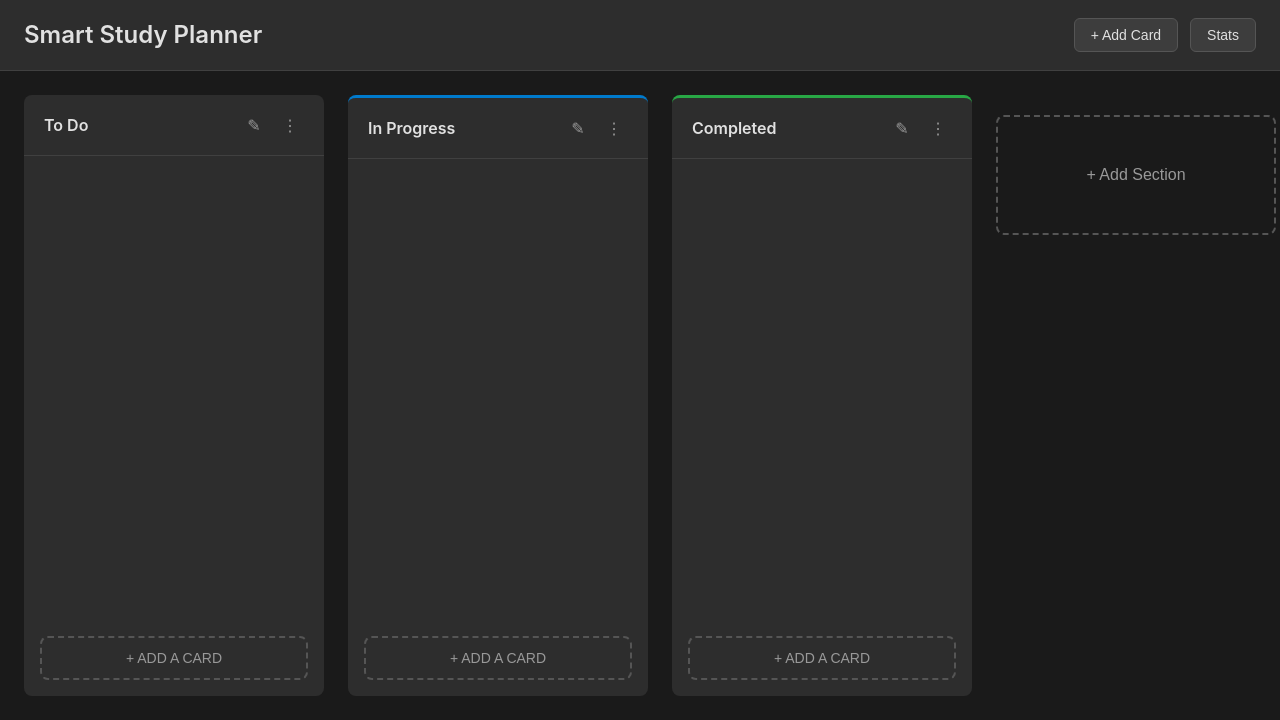
Repository: P7XCKD/edunetwebdev
Page: index.html
These files come from the project's save history. The page is drawn as it stood at one moment and after the next save; the edit follows.
The browser window is 1280 px wide. The pictures show the whole page.

Above is the page before, as saved 2025-09-10 17:53:07.

### index.html
<!DOCTYPE html>
<html lang="en">
<head>
    <meta charset="UTF-8">
    <meta name="viewport" content="width=device-width, initial-scale=1.0">
    <title>Smart Study Planner</title>
    <link rel="stylesheet" href="style.css">
</head>
<body>
    <div class="app-container">
        <header class="app-header">
            <h1>Smart Study Planner</h1>
            <div class="header-actions">
                <button id="addCardBtn" class="add-card-btn">+ Add Card</button>
                <button id="statsBtn" class="stats-btn">Stats</button>
            </div>
        </header>

        <main class="kanban-board" id="kanbanBoard">
            <!-- Columns will be dynamically generated -->
            <div class="add-column-section">
                <button class="add-column-btn" id="addColumnBtn">+ Add Section</button>
            </div>
        </main>
    </div>

    <!-- Column Edit Modal -->
    <div id="columnModal" class="modal">
        <div class="modal-content">
            <div class="modal-header">
                <h2 id="columnModalTitle">Add New Section</h2>
                <button class="close-btn" id="closeColumnModal">&times;</button>
            </div>
            <div class="modal-body">
                <form id="columnForm">
                    <div class="form-group">
                        <label for="columnName">Section Name *</label>
                        <input type="text" id="columnName" placeholder="e.g., To Do, In Progress, Review" required>
                    </div>

                    <div class="form-group">
                        <label for="columnColor">Section Color</label>
                        <select id="columnColor">
                            <option value="default">Default (Gray)</option>
                            <option value="blue">Blue</option>
                            <option value="green">Green</option>
                            <option value="orange">Orange</option>
                            <option value="purple">Purple</option>
                            <option value="red">Red</option>
                            <option value="teal">Teal</option>
                            <option value="pink">Pink</option>
                        </select>
                    </div>
                </form>
            </div>
            <div class="modal-footer">
                <button type="button" id="deleteColumn" class="delete-btn">DELETE SECTION</button>
                <div class="modal-actions">
                    <button type="button" id="cancelColumn" class="cancel-btn">CANCEL</button>
                    <button type="button" id="saveColumn" class="save-btn">SAVE</button>
                </div>
            </div>
        </div>
    </div>

    <!-- Card Modal -->
    <div id="cardModal" class="modal">
        <div class="modal-content">
            <div class="modal-header">
                <h2 id="modalTitle">Card Details</h2>
                <button class="close-btn" id="closeModal">&times;</button>
            </div>
            <div class="modal-body">
                <form id="cardForm">
                    <div class="form-group">
                        <label for="cardTitle">Title *</label>
                        <input type="text" id="cardTitle" required>
                    </div>

                    <div class="form-row">
                        <div class="form-group">
                            <label for="cardDueDate">Due date</label>
                            <input type="date" id="cardDueDate">
                        </div>
                        <div class="form-group">
                            <label for="cardPriority">Priority</label>
                            <select id="cardPriority">
                                <option value="low">Low</option>
                                <option value="medium" selected>Medium</option>
                                <option value="high">High</option>
                            </select>
                        </div>
                    </div>

                    <div class="form-group">
                        <label for="cardSubject">Subject</label>
                        <input type="text" id="cardSubject" placeholder="e.g., Mathematics, Physics">
                    </div>

                    <div class="form-group">
                        <label for="cardDescription">Description</label>
                        <textarea id="cardDescription" rows="4" placeholder="Add your study notes here..."></textarea>
                    </div>
                </form>
            </div>
            <div class="modal-footer">
                <button type="button" id="deleteCard" class="delete-btn">DELETE</button>
                <div class="modal-actions">
                    <button type="button" id="cancelCard" class="cancel-btn">CANCEL</button>
                    <button type="button" id="saveCard" class="save-btn">SAVE</button>
                </div>
            </div>
        </div>
    </div>

    <!-- Stats Modal -->
    <div id="statsModal" class="modal">
        <div class="modal-content">
            <div class="modal-header">
                <h2>Progress Statistics</h2>
                <button class="close-btn" id="closeStatsModal">&times;</button>
            </div>
            <div class="modal-body">
                <div class="stats-grid">
                    <div class="stat-card">
                        <div class="stat-number" id="totalCards">0</div>
                        <div class="stat-label">Total Cards</div>
                    </div>
                    <div class="stat-card">
                        <div class="stat-number" id="todoCards">0</div>
                        <div class="stat-label">To Do</div>
                    </div>
                    <div class="stat-card">
                        <div class="stat-number" id="inProgressCards">0</div>
                        <div class="stat-label">In Progress</div>
                    </div>
                    <div class="stat-card">
                        <div class="stat-number" id="completedCards">0</div>
                        <div class="stat-label">Completed</div>
                    </div>
                    <div class="stat-card">
                        <div class="stat-number" id="overdueCards">0</div>
                        <div class="stat-label">Overdue</div>
                    </div>
                </div>
            </div>
        </div>
    </div>

    <script src="script.js"></script>
</body>
</html>

### style.css
/* Dark theme CSS inspired by NotesHub */
* {
    margin: 0;
    padding: 0;
    box-sizing: border-box;
}

body {
    font-family: -apple-system, BlinkMacSystemFont, 'Segoe UI', Roboto, sans-serif;
    background-color: #1a1a1a;
    color: #e1e1e1;
    line-height: 1.6;
}

.app-container {
    min-height: 100vh;
    display: flex;
    flex-direction: column;
}

/* Header */
.app-header {
    background-color: #2d2d2d;
    padding: 16px 24px;
    border-bottom: 1px solid #404040;
    display: flex;
    justify-content: space-between;
    align-items: center;
}

.app-header h1 {
    color: #e1e1e1;
    font-size: 24px;
    font-weight: 600;
}

.header-actions {
    display: flex;
    gap: 12px;
}

.add-card-btn, .stats-btn {
    background-color: #3d3d3d;
    color: #e1e1e1;
    border: 1px solid #555;
    padding: 8px 16px;
    border-radius: 6px;
    cursor: pointer;
    font-size: 14px;
    transition: background-color 0.2s;
}

.add-card-btn:hover, .stats-btn:hover {
    background-color: #4d4d4d;
}

/* Kanban Board */
.kanban-board {
    flex: 1;
    display: flex;
    gap: 24px;
    padding: 24px;
    overflow-x: auto;
    min-height: calc(100vh - 80px);
}

.board-column {
    min-width: 300px;
    background-color: #2d2d2d;
    border-radius: 8px;
    display: flex;
    flex-direction: column;
}

/* Column Colors */
.board-column.color-blue { border-top: 3px solid #007acc; }
.board-column.color-green { border-top: 3px solid #28a745; }
.board-column.color-orange { border-top: 3px solid #ffa726; }
.board-column.color-purple { border-top: 3px solid #8e24aa; }
.board-column.color-red { border-top: 3px solid #dc3545; }
.board-column.color-teal { border-top: 3px solid #20c997; }
.board-column.color-pink { border-top: 3px solid #e91e63; }

.column-header {
    padding: 16px 20px;
    border-bottom: 1px solid #404040;
    display: flex;
    justify-content: space-between;
    align-items: center;
}

.column-header h3 {
    color: #e1e1e1;
    font-size: 16px;
    font-weight: 600;
    margin: 0;
    flex: 1;
}

.column-header-actions {
    display: flex;
    gap: 8px;
}

.column-menu-btn, .column-edit-btn {
    background: none;
    border: none;
    color: #999;
    cursor: pointer;
    font-size: 16px;
    padding: 4px;
    border-radius: 4px;
    width: 28px;
    height: 28px;
    display: flex;
    align-items: center;
    justify-content: center;
}

.column-menu-btn:hover, .column-edit-btn:hover {
    background-color: #404040;
    color: #e1e1e1;
}

.column-content {
    flex: 1;
    padding: 16px;
    display: flex;
    flex-direction: column;
    gap: 12px;
}

/* Add Column Section */
.add-column-section {
    min-width: 280px;
    display: flex;
    align-items: flex-start;
    padding-top: 20px;
}

.add-column-btn {
    background: none;
    border: 2px dashed #555;
    color: #999;
    padding: 20px;
    border-radius: 8px;
    cursor: pointer;
    font-size: 16px;
    font-weight: 500;
    width: 100%;
    min-height: 120px;
    transition: all 0.2s;
    display: flex;
    align-items: center;
    justify-content: center;
}

.add-column-btn:hover {
    border-color: #777;
    color: #e1e1e1;
    background-color: #2d2d2d;
}

/* Column Context Menu */
.column-context-menu {
    position: absolute;
    background: #3d3d3d;
    border: 1px solid #555;
    border-radius: 6px;
    padding: 8px 0;
    z-index: 1001;
    min-width: 180px;
    box-shadow: 0 4px 12px rgba(0,0,0,0.3);
}

.column-context-menu-item {
    padding: 10px 16px;
    color: #e1e1e1;
    cursor: pointer;
    font-size: 14px;
    display: flex;
    align-items: center;
    gap: 8px;
}

.column-context-menu-item:hover {
    background-color: #4d4d4d;
}

.column-context-menu-item.danger {
    color: #ff6b6b;
}

.column-context-menu-item.danger:hover {
    background-color: #ff6b6b20;
}

/* Study Cards */
.study-card {
    background-color: #3d3d3d;
    border: 1px solid #555;
    border-radius: 8px;
    padding: 16px;
    cursor: pointer;
    transition: all 0.2s;
}

.study-card:hover {
    background-color: #4d4d4d;
    border-color: #666;
}

.card-title {
    font-size: 16px;
    font-weight: 600;
    color: #e1e1e1;
    margin-bottom: 8px;
}

.card-meta {
    display: flex;
    align-items: center;
    gap: 8px;
    margin-bottom: 8px;
    flex-wrap: wrap;
}

.card-subject {
    background-color: #555;
    color: #e1e1e1;
    padding: 2px 8px;
    border-radius: 12px;
    font-size: 12px;
    font-weight: 500;
}

.card-due-date {
    display: flex;
    align-items: center;
    gap: 4px;
    color: #999;
    font-size: 12px;
}

.card-due-date.overdue {
    color: #ff6b6b;
    background-color: #ff6b6b20;
    padding: 2px 6px;
    border-radius: 4px;
}

.card-due-date.tomorrow {
    color: #ffa500;
    background-color: #ffa50020;
    padding: 2px 6px;
    border-radius: 4px;
}

.priority-tag {
    font-size: 10px;
    padding: 2px 6px;
    border-radius: 8px;
    font-weight: 600;
    text-transform: uppercase;
}

.priority-high {
    background-color: #ff4757;
    color: white;
}

.priority-medium {
    background-color: #ffa726;
    color: white;
}

.priority-low {
    background-color: #66bb6a;
    color: white;
}

.card-description {
    color: #bbb;
    font-size: 14px;
    line-height: 1.4;
    margin-top: 8px;
}

/* Add Card Button */
.add-card-column-btn {
    background: none;
    border: 2px dashed #555;
    color: #999;
    padding: 12px;
    border-radius: 8px;
    cursor: pointer;
    font-size: 14px;
    transition: all 0.2s;
    margin-top: auto;
}

.add-card-column-btn:hover {
    border-color: #777;
    color: #e1e1e1;
    background-color: #3d3d3d;
}

/* Modal Styles */
.modal {
    display: none;
    position: fixed;
    top: 0;
    left: 0;
    width: 100%;
    height: 100%;
    background-color: rgba(0, 0, 0, 0.7);
    z-index: 1000;
}

.modal-content {
    background-color: #2d2d2d;
    margin: 5% auto;
    padding: 0;
    border-radius: 8px;
    width: 90%;
    max-width: 600px;
    max-height: 90vh;
    overflow-y: auto;
}

.modal-header {
    padding: 20px 24px;
    border-bottom: 1px solid #404040;
    display: flex;
    justify-content: space-between;
    align-items: center;
}

.modal-header h2 {
    color: #e1e1e1;
    font-size: 20px;
    font-weight: 600;
}

.close-btn {
    background: none;
    border: none;
    color: #999;
    font-size: 24px;
    cursor: pointer;
    padding: 0;
    width: 32px;
    height: 32px;
    display: flex;
    align-items: center;
    justify-content: center;
    border-radius: 4px;
}

.close-btn:hover {
    background-color: #404040;
    color: #e1e1e1;
}

.modal-body {
    padding: 24px;
}

.form-group {
    margin-bottom: 20px;
}

.form-group label {
    display: block;
    margin-bottom: 8px;
    color: #e1e1e1;
    font-size: 14px;
    font-weight: 500;
}

.form-group input,
.form-group select,
.form-group textarea {
    width: 100%;
    padding: 12px;
    background-color: #3d3d3d;
    border: 1px solid #555;
    border-radius: 6px;
    color: #e1e1e1;
    font-size: 14px;
}

.form-group input:focus,
.form-group select:focus,
.form-group textarea:focus {
    outline: none;
    border-color: #007acc;
}

.form-group textarea {
    resize: vertical;
    min-height: 100px;
}

.form-row {
    display: grid;
    grid-template-columns: 1fr 1fr;
    gap: 16px;
}

.modal-footer {
    padding: 20px 24px;
    border-top: 1px solid #404040;
    display: flex;
    justify-content: space-between;
    align-items: center;
}

.modal-actions {
    display: flex;
    gap: 12px;
}

.delete-btn {
    background-color: #dc3545;
    color: white;
    border: none;
    padding: 10px 20px;
    border-radius: 6px;
    cursor: pointer;
    font-size: 14px;
    font-weight: 500;
    text-transform: uppercase;
}

.delete-btn:hover {
    background-color: #c82333;
}

.cancel-btn {
    background: none;
    border: 1px solid #555;
    color: #999;
    padding: 10px 20px;
    border-radius: 6px;
    cursor: pointer;
    font-size: 14px;
    font-weight: 500;
    text-transform: uppercase;
}

.cancel-btn:hover {
    background-color: #3d3d3d;
    color: #e1e1e1;
}

.save-btn {
    background-color: #28a745;
    color: white;
    border: none;
    padding: 10px 20px;
    border-radius: 6px;
    cursor: pointer;
    font-size: 14px;
    font-weight: 500;
    text-transform: uppercase;
}

.save-btn:hover {
    background-color: #218838;
}

/* Stats Modal */
.stats-grid {
    display: grid;
    grid-template-columns: repeat(auto-fit, minmax(150px, 1fr));
    gap: 20px;
}

.stat-card {
    background-color: #3d3d3d;
    border: 1px solid #555;
    border-radius: 8px;
    padding: 20px;
    text-align: center;
}

.stat-number {
    display: block;
    font-size: 32px;
    font-weight: 700;
    color: #007acc;
    margin-bottom: 8px;
}

.stat-label {
    color: #bbb;
    font-size: 14px;
    font-weight: 500;
}

/* Empty State */
.empty-column {
    text-align: center;
    padding: 40px 20px;
    color: #666;
}

/* Responsive Design */
@media (max-width: 768px) {
    .kanban-board {
        flex-direction: column;
        gap: 16px;
    }

    .board-column {
        min-width: unset;
    }

    .app-header {
        padding: 12px 16px;
        flex-direction: column;
        gap: 12px;
    }

    .header-actions {
        width: 100%;
        justify-content: center;
    }

    .form-row {
        grid-template-columns: 1fr;
    }

    .modal-content {
        width: 95%;
        margin: 2% auto;
    }

    .modal-footer {
        flex-direction: column;
        gap: 12px;
        align-items: stretch;
    }

    .modal-actions {
        justify-content: center;
    }
}

Loaded but not shown: script.js (703 lines, source omitted)

After the next save:
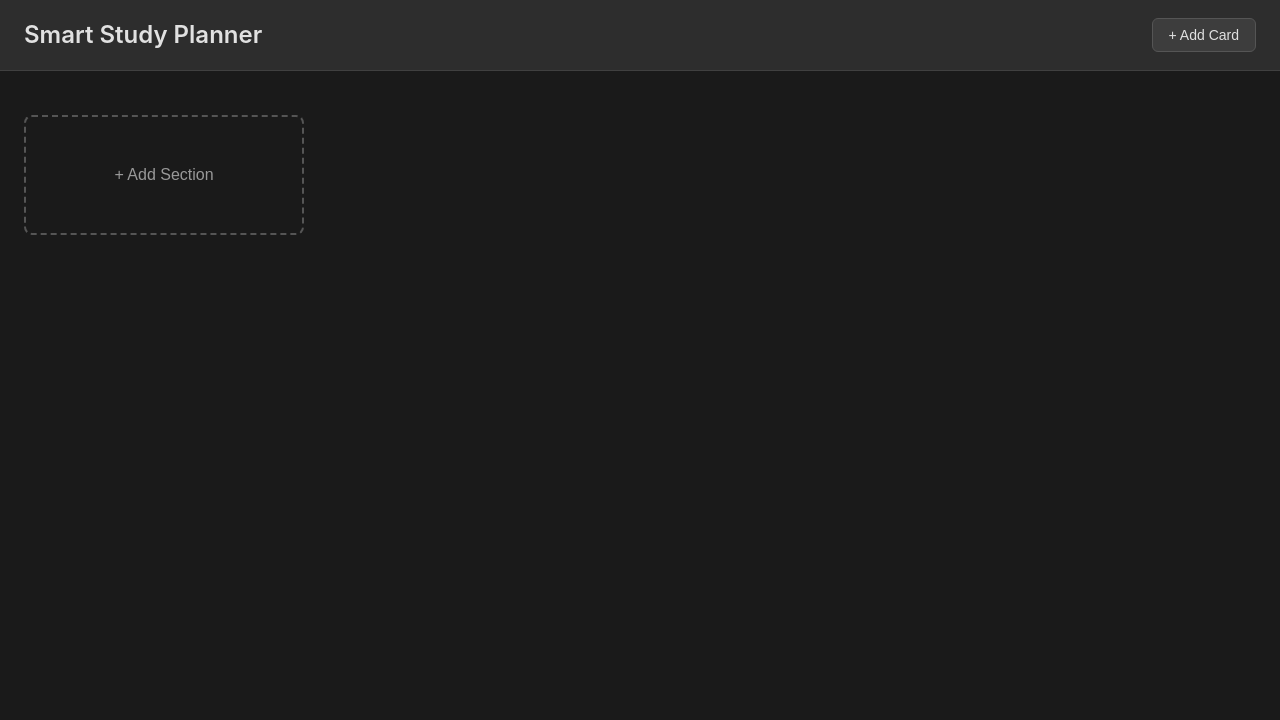
Console error: TypeError: Cannot read properties of null (reading 'addEventListener')
Saved 113 s later.
--- a/index.html
+++ b/index.html
@@ -12,7 +12,6 @@
             <h1>Smart Study Planner</h1>
             <div class="header-actions">
                 <button id="addCardBtn" class="add-card-btn">+ Add Card</button>
-                <button id="statsBtn" class="stats-btn">Stats</button>
             </div>
         </header>
 
